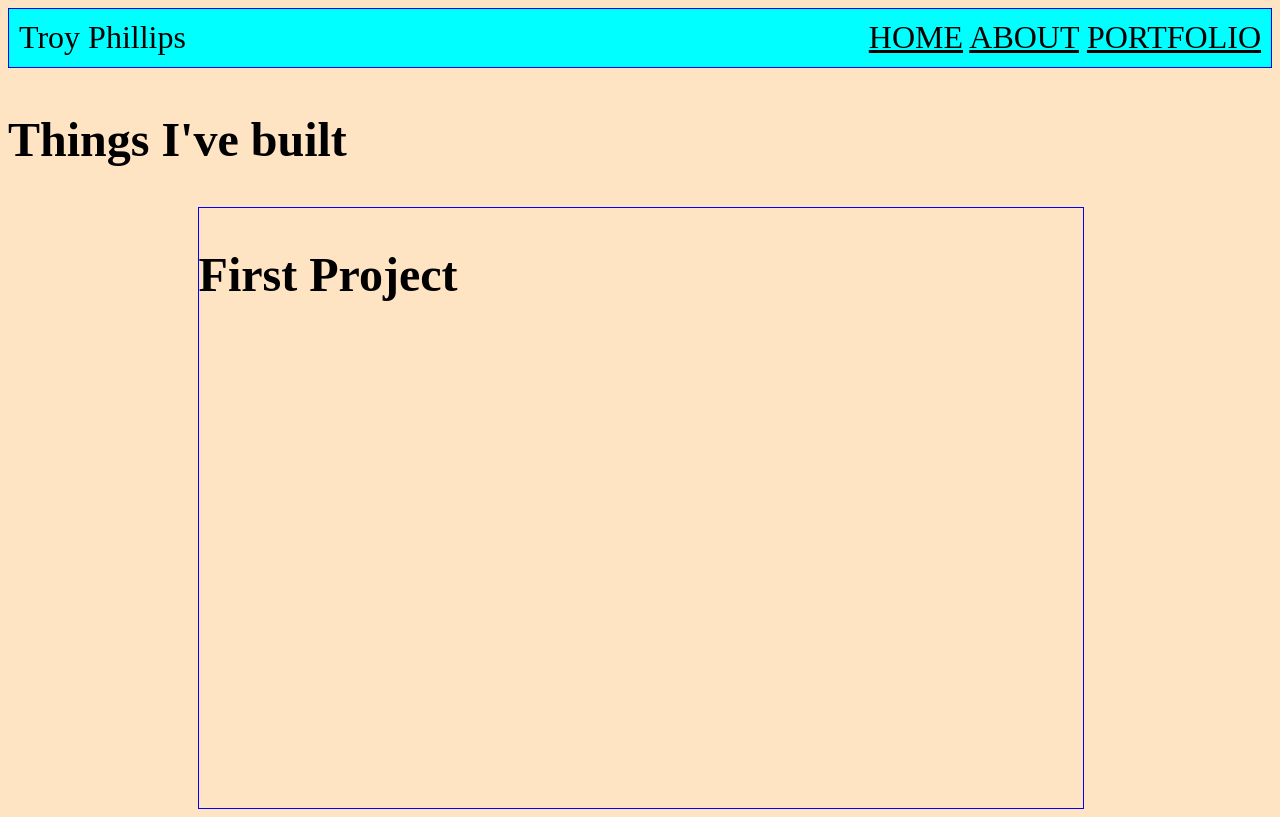
Repository: TheTroyPhillips/Personal-website
Page: portfolio.html
The author's editor kept a copy of each file at every save. The page is drawn from the files as they stood at one save, then again after the next save.
The browser window is 1280 px wide. The pictures show the whole page.

Above is the page before, as saved 2023-09-10 22:33:46.

After the next save:
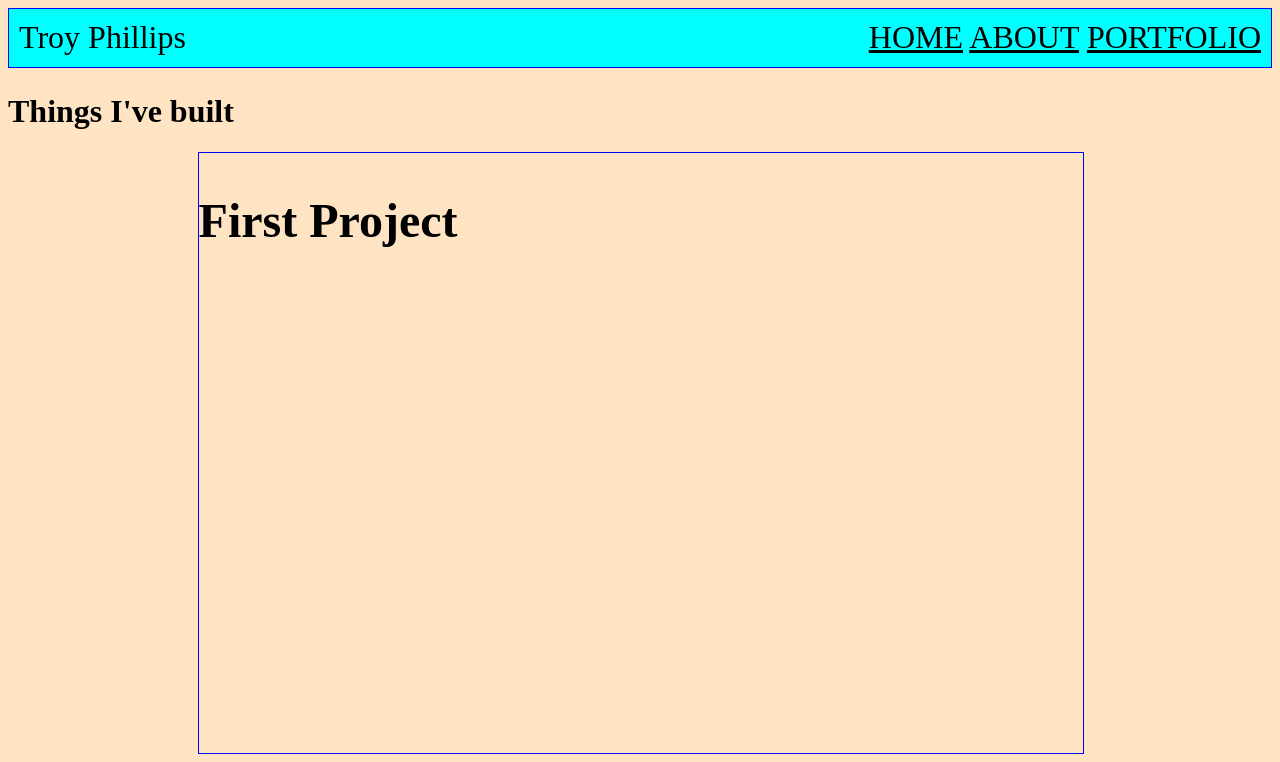
Saved 12 s later.
--- a/portfolio.html
+++ b/portfolio.html
@@ -16,7 +16,7 @@
             <a href="/about.html">ABOUT</a>
             <a href="/portfolio.html">PORTFOLIO</a>
         </div>
-        <h2>Things I've built</h2>
+        <h1>Things I've built</h2>
         <div class="childc">
             <h2 class="2">First Project</h2>
         </div>
